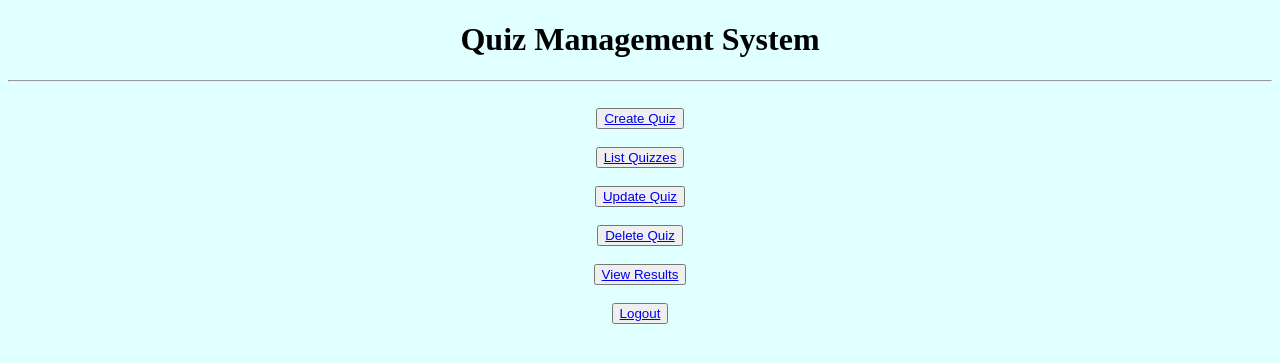
Repository: Rohitsenpai01/Quiz-Manangement-System
Page: http://localhost/WebQuizApp/student.jsp
These files come from the project's save history. The page is drawn as it stood at one moment and after the next save; the edit follows.
The browser window is 1280 px wide. The pictures show the whole page.
The page is served by Tomcat 9.

Above is the page before, as saved 2025-12-29 07:03:09.

After the next save:
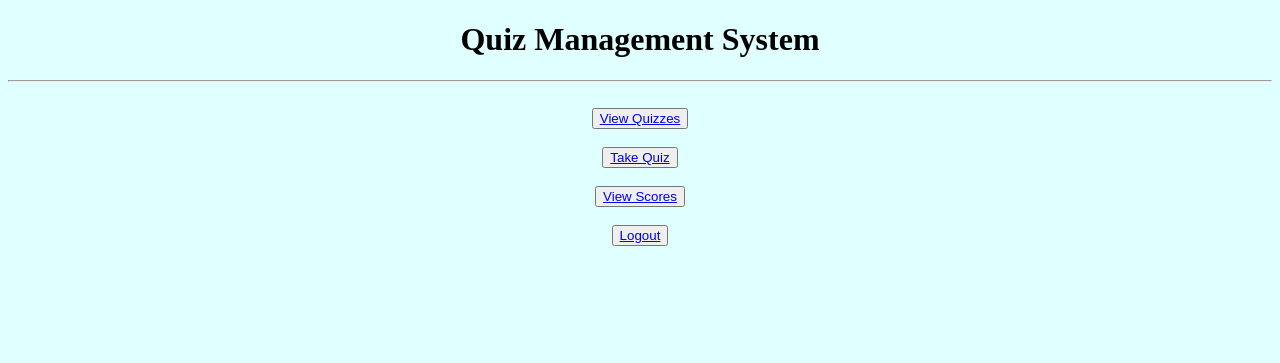
Saved 88 s later.
--- a/WebQuizApp/WebQuizApp/src/main/webapp/student.jsp
+++ b/WebQuizApp/WebQuizApp/src/main/webapp/student.jsp
@@ -9,11 +9,9 @@
 <body bgcolor="${initParam.theme}">
 	<h1 style="text-align: center;">${initParam.appTitle}</h1><hr><br>
 	<div style="text-align: center;">
-		<button><a href="createquiz.jsp">Create Quiz</a></button><br><br>
-		<button><a href="listquizzes.jsp">List Quizzes</a></button><br><br>
-		<button><a href="updatequiz.jsp">Update Quiz</a></button><br><br>
-		<button><a href="deletequiz.jsp">Delete Quiz</a></button><br><br>
-		<button><a href="viewresult.jsp">View Results</a></button><br><br>
+		<button><a href="createquiz.jsp">View Quizzes</a></button><br><br>
+		<button><a href="listquizzes.jsp">Take Quiz</a></button><br><br>
+		<button><a href="deletequiz.jsp">View Scores</a></button><br><br>
 		<button><a href="logout.jsp">Logout</a></button>
 	</div>
 </body>
